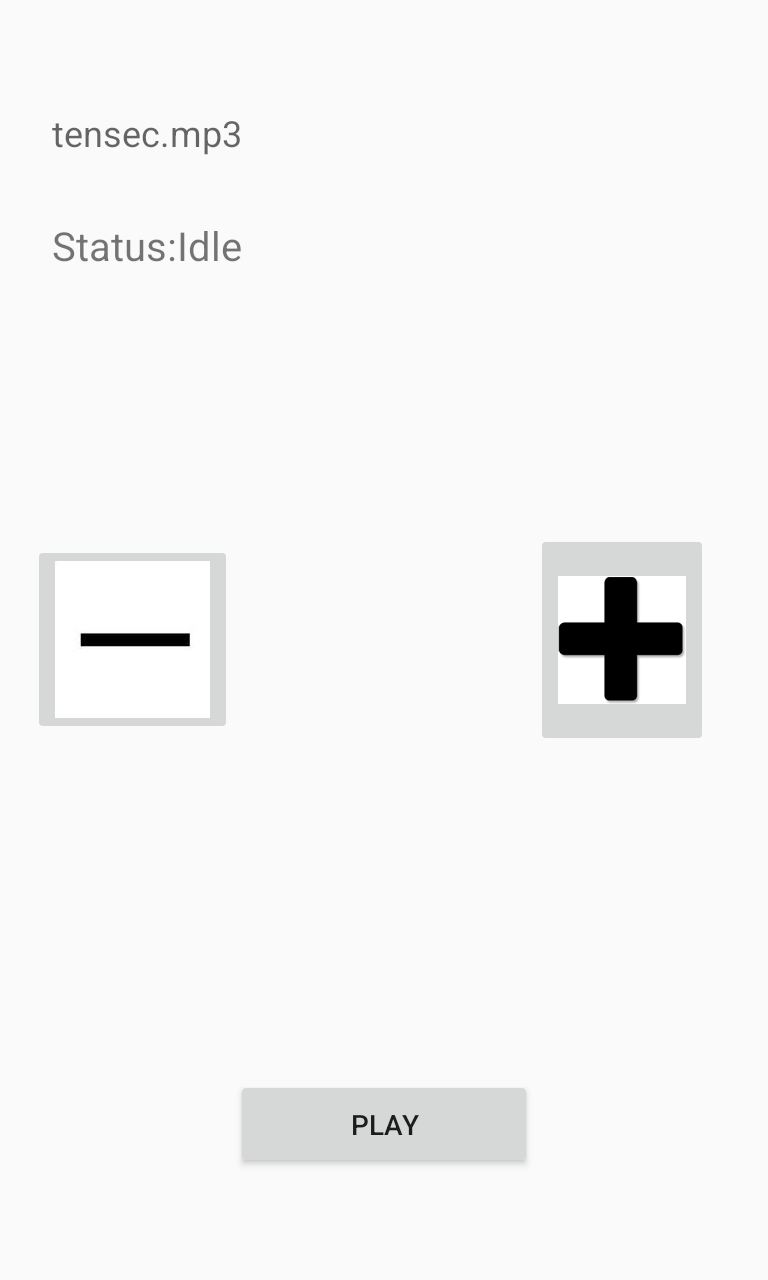
Repository: AlvaroCortez/Assigment2
Layout: AudioPlayer/res/layout/media_player_layout.xml
An editor plug-in stored every save of this project. The layout is shown before and after the next save, followed by the edit.
It is drawn on a 768 x 1280 px phone screen (xhdpi) without system bars, with theme AppTheme; the app's code is not run.

Above is the layout before, as saved 2014-06-04 17:46:16.

### AudioPlayer/res/layout/media_player_layout.xml
<?xml version="1.0" encoding="utf-8"?>
<RelativeLayout xmlns:android="http://schemas.android.com/apk/res/android"
    android:layout_width="match_parent"
    android:layout_height="match_parent" >

    <Button
        android:id="@+id/audio_button"
        android:layout_width="150dp"
        android:layout_height="wrap_content"
        android:layout_alignParentBottom="true"
        android:layout_centerHorizontal="true"
        android:layout_marginBottom="54dp"
        android:text="@string/button_text"
        android:onClick="onClick" />

    <TextView
        android:id="@+id/status_text"
        android:layout_width="150dp"
        android:layout_height="wrap_content"
        android:layout_alignParentLeft="true"
        android:layout_alignParentTop="true"
        android:layout_marginLeft="26dp"
        android:layout_marginTop="109dp"
        android:gravity="center|left"
        android:text="@string/textView_text"
        android:textSize="20sp" />

    <TextView
        android:id="@+id/mp3_text"
        android:layout_width="wrap_content"
        android:layout_height="wrap_content"
        android:layout_alignLeft="@+id/status_text"
        android:layout_alignParentTop="true"
        android:layout_marginTop="54dp"
        android:text="@string/text_mp3"
        android:textAppearance="?android:attr/textAppearanceMedium" />

    <ImageButton
        android:id="@+id/imageButton_volume_plus"
        android:layout_width="wrap_content"
        android:layout_height="110dp"
        android:layout_centerVertical="true"
        android:layout_toRightOf="@+id/audio_button"
        android:src="@drawable/plus" />

    <ImageButton
        android:id="@+id/imageButton_volume_minus"
        android:layout_width="wrap_content"
        android:layout_height="wrap_content"
        android:layout_centerVertical="true"
        android:layout_toLeftOf="@+id/audio_button"
        android:src="@drawable/minus" />

</RelativeLayout>

### AudioPlayer/res/values/strings.xml
<?xml version="1.0" encoding="utf-8"?>
<resources>

    <string name="app_name">AudioPlayer</string>
    <string name="hello_world">Hello world!</string>
    <string name="action_settings">Settings</string>
    <string name="button_text">Play</string>
    <string name="textView_text">Status:Idle</string>
    <string name="text_mp3">tensec.mp3</string>

</resources>

Loaded but not shown: AudioPlayer/res/values/styles.xml (common file); AudioPlayer/res/values-v11/styles.xml (common file); AudioPlayer/res/values-v14/styles.xml (common file)

After the next save:
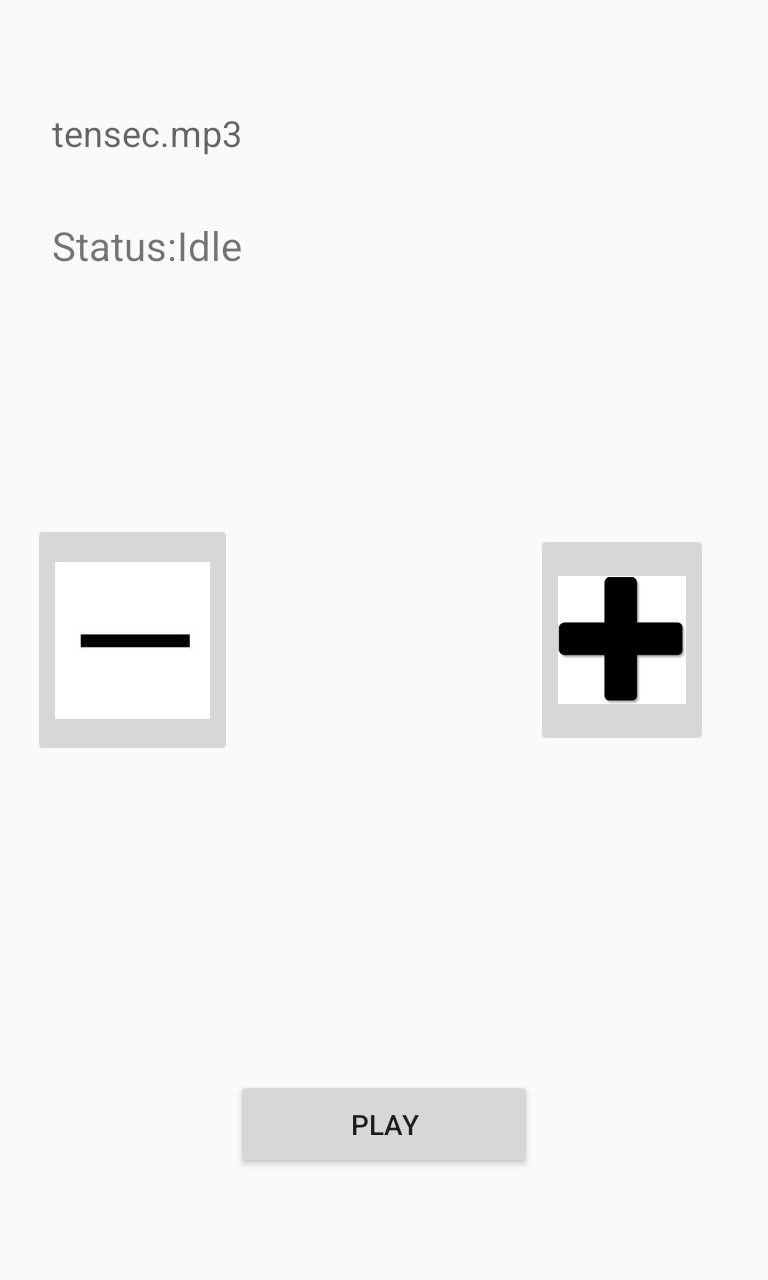
Saved 52 s later.
--- a/AudioPlayer/res/layout/media_player_layout.xml
+++ b/AudioPlayer/res/layout/media_player_layout.xml
@@ -46,7 +46,7 @@
     <ImageButton
         android:id="@+id/imageButton_volume_minus"
         android:layout_width="wrap_content"
-        android:layout_height="wrap_content"
+        android:layout_height="120dp"
         android:layout_centerVertical="true"
         android:layout_toLeftOf="@+id/audio_button"
         android:src="@drawable/minus" />
